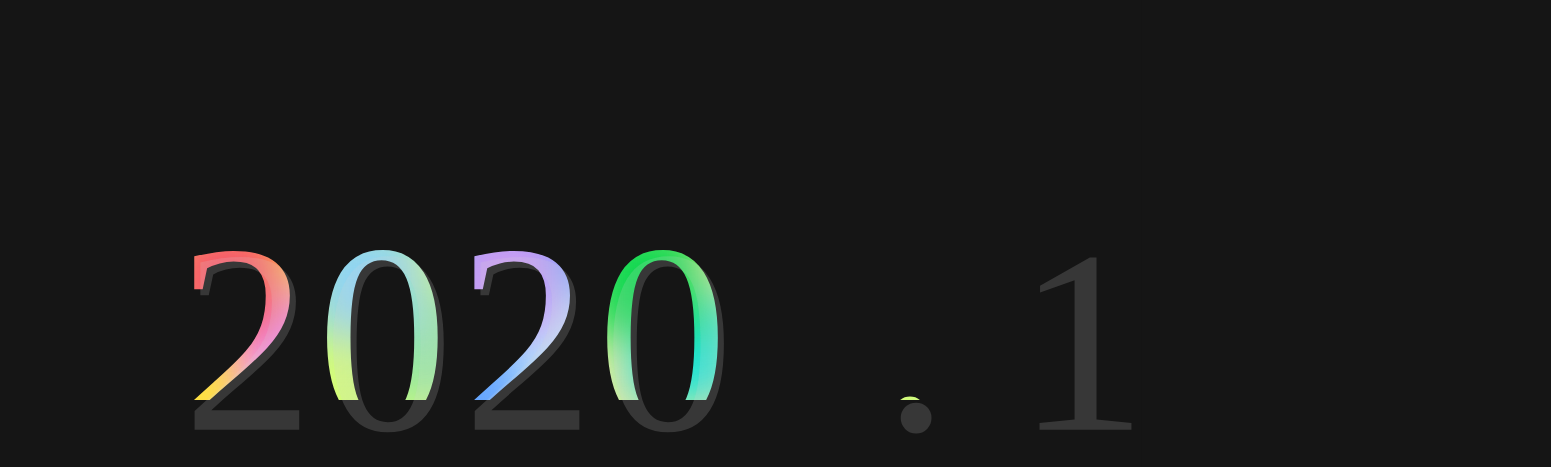
Repository: ramtoppo12/Happy-new-year-2021
Page: index.html
These files come from the project's save history. The page is drawn as it stood at one moment and after the next save; the edit follows.
The browser window is 1280 px wide. The page is 1312 px wide, then 1783 px, so the pictures cover 1783 px, including what lies to the right of the window. The pictures show the whole page, at 87% of full size.
Some web fonts or font styles are not loaded; a fallback is used.

Above is the page before, as saved 2020-12-24 23:23:50.

After the next save:
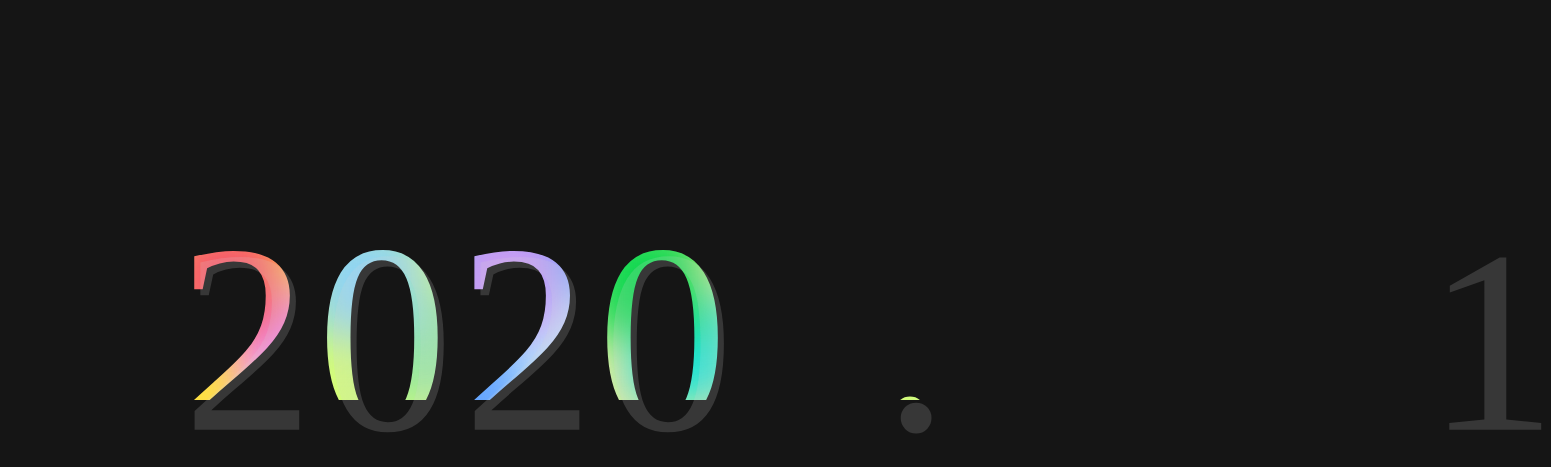
Saved 7 s later.
--- a/style.css
+++ b/style.css
@@ -41,5 +41,5 @@ body {
   background-image: url("data:[embedded picture, 1300 characters]");
 }
 .text-5 {
-  transform: translateX(200%);
+  transform: translateX(500%);
 }
